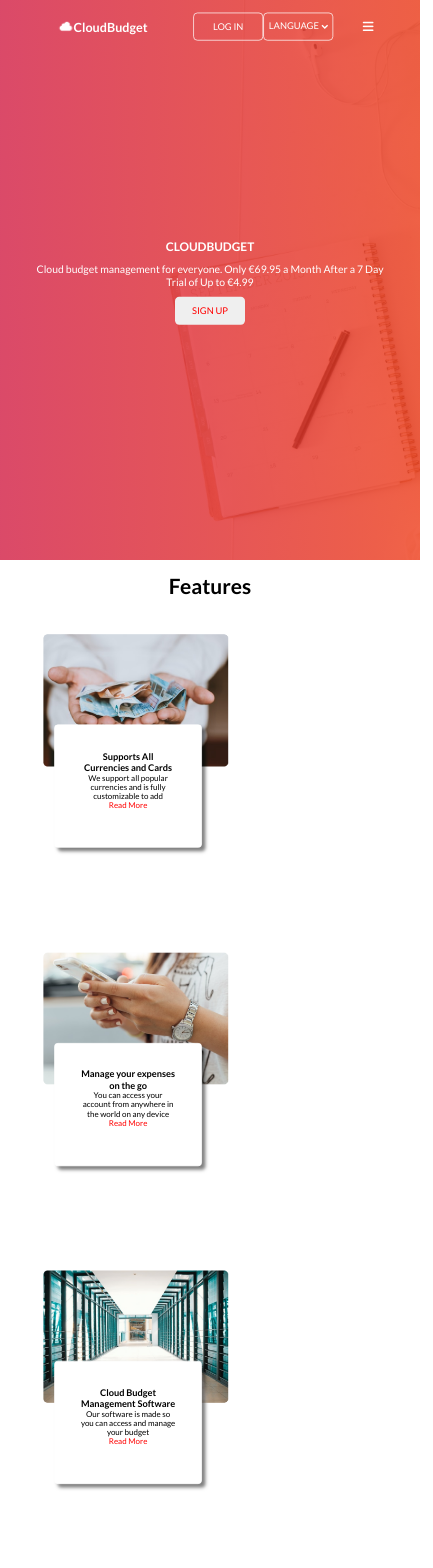
Repository: havvanurrana/website3
Page: index.html
The author's editor kept a copy of each file at every save. The page is drawn from the files as they stood at one save, then again after the next save.
The browser window is 600 px wide. The page is 618 px wide, so the pictures cover 618 px, including what lies to the right of the window. The pictures show the part of the page from y = 0 to 2240 px (the page is 3036 px tall), at 70% of full size.

Above is the page before, as saved 2024-08-17 13:57:58.

### index.html
<!DOCTYPE html>
<html lang="tr">
  <head>
    <meta charset="UTF-8" />
    <meta name="viewport" content="width=device-width, initial-scale=1.0" />
    <title>CloudBudget</title>
    <link rel="stylesheet" href="style.css" />
    <link
      rel="stylesheet"
      href="https://cdnjs.cloudflare.com/ajax/libs/font-awesome/6.5.2/css/all.min.css"
      integrity="sha512-SnH5WK+bZxgPHs44uWIX+LLJAJ9/2PkPKZ5QiAj6Ta86w+fsb2TkcmfRyVX3pBnMFcV7oQPJkl9QevSCWr3W6A=="
      crossorigin="anonymous"
      referrerpolicy="no-referrer"
    />
    <link
      href="https://fonts.googleapis.com/css2?family=Lato:wght@400;700&display=swap"
      rel="stylesheet"
    />
  </head>
  <body>
    <section class="overview-section">
        <div class="linear-gradient"></div>
        <div class="content">
            <h3>CLOUDBUDGET</h3>
            <p>
                Cloud budget management for everyone. Only €69.95 a Month After a 7
                Day Trial of Up to €4.99
            </p>
            <button>SIGN UP</button>
        </div>
    </section>
    <header class="header-menu">
        <div class="markaamblem">
            <img src="assets/cloud.png" />
            <h3>CloudBudget</h3>
        </div>
        <nav class="navbar">
            <a href="#" class="navbarsect">Overview</a>
            <a href="#" class="navbarsect">Features</a>
            <a href="#" class="navbarsect">Technology</a>
            <a href="#" class="navbarsect">Contact</a>
            <a href="#" class="navbarsect">Sign Up</a>
        </nav>
        <div class="buttons">
            <button>LOG IN</button>
            <button>
                <select id="Language " name="Language">
                    <option value="">LANGUAGE</option>
                    <option value="uk">UK</option>
                    <option value="turk">Turkish</option>
                    <option value="sp">Spanish</option>
                    <option value="fr">French</option>
                </select>
            </button>
            <div id="menu" class="toggle-menu">
                <input type="checkbox" id="switch">
                <button>
                    <label for="switch" class="fas fa-bars"></label>
                </button>

            </div>
        </div>
    </header>

    <!--features kısmı -->
    <div class="featureshead">
        <h1>Features</h1>
    </div>
    <div class="features">
        <div class="featuressection">
            <div class="img">
                <img src="../assets/money.png" />
            </div>
            <div class="featurescard">
                <div>
                    <h1>Supports All Currencies and Cards</h1>
                </div>
                <div>
                    <p>
                        We support all popular currencies and is fully customizable to add
                    </p>
                </div>
                <button>Read More</button>
            </div>
      </div>
      <div class="featuressection">
          <div>
                <div class="img">
                    <img src="../assets/hand.png" />
                </div>
                <div class="featurescard">
                    <h1>Manage your expenses on the go</h1>
                        <p>
                          You can access your account from anywhere in the world on any
                          device
                        </p>
                    <button>Read More</button>
                </div>
            </div>
      </div>
          <div class="featuressection">
              <div>
                    <div class="img">
                        <img src="../assets/building.png" />
                    </div>
                    <div class="featurescard">
                          <h1>Cloud Budget Management Software</h1>
                          <p>Our software is made so you can access and manage your budget</p>
                          <button>Read More</button>
                    </div>
              </div>
          </div>
    </div>
    <!--contact kısmı-->
    <section >
        <div class="contact">
        <div class="contact-text">
            <h1>Contact</h1>
            <br><br>
            <p>
              Questions or concerns? Just fill out the form below and our support
              team will get back to you within 24 hours
            </p>
        </div>
        <div class="input">
            <input
            type="text"
            id="username"
            name="username"
            placeholder="First Name"
            />
            <input
            type="text"
            id="username"
            name="username"
            placeholder="Last Name"
            />
            <input
            type="text"
            id="username"
            name="username"
            placeholder="Phone Number"
            />

            <select id="service" name="service">
            <option value="">Select a service</option>
            <option value="service1">Service 1</option>
            <option value="service2">Service 2</option>
            <option value="service3">Service 3</option>
            <option value="service4">Service 4</option>
            </select>
            <br><br>
            <button>Submit now</button>
        </div>
    </div>
    </section>
    <script>
            document.getElementById('menu').addEventListener('click', function() {
            const navbar = document.querySelector('.header-menu .navbar');
            navbar.classList.toggle('active');
        });
    </script>
  </body>
</html>

### style.css

/* genel*/

*{
   margin:0;
   padding: 0;
   box-sizing: border-box;
   outline: none;
   border: none;
   text-decoration: none;
   font-family: Lato;
}

html {
    font-size: 62.5%;
    overflow-x: hidden;
    scroll-behavior: smooth;
    scroll-padding-top: 9rem ;
 }
h1{
   font-size: 30px;
}
 /* header menu ve  amblem ve ilk ekran cssleri*/
button{
   cursor: pointer;
}
.markaamblem{
   display: flex;
   justify-content:space-between;
   color: white;
   cursor: pointer;
}

.header-menu{
   width: 96%;
   display: flex;
   justify-content: space-between;
   align-items: center ;
   padding: 0 7%;
   margin: 2rem 7%;
   z-index: 3;
   top: 0;
   position:absolute;
}
.header-menu .markaamblem img{
   height: 3rem;
}
.header-menu .markaamblem h3{
   font-size: 20px ;
}
.header-menu .navbar a{
   margin: 0 2rem;
   font-size: 1.6rem;
   color: rgb(0, 0, 0);
   z-index: 2;
}
  .header-menu button{
   border: 1px , solid, rgb(255, 255, 255);
   border-radius: 6px;
   color:rgb(255, 255, 255);
   width: 100px;
   height: 40px;
   gap: 0px;
   background-color: transparent;
}
 .header-menu .buttons{
   padding-left: 10px;
   display: flex;
   justify-content: flex-end;
}
#menu{
   display: none;
}
.overview-section{
   min-height: 100vh;
   display: flex;
   text-align: center;
   align-items: center;
   justify-content: center;
   background:  url(../assets/image1.png)
   no-repeat;
   background-size: cover;
}

.overview-section .content {
   max-width: 60rem;
   margin: 0.5rem;
   z-index: 2;
}

.overview-section .content h3{
   font-size: 6rem;
   margin: 0.5rem;
   color: white;
}

.overview-section .content p{
   font-size: 1.7rem;
   margin: 1.5rem;
   color: white;
}

.overview-section .content button{
   border:1px;
   width: 100px;
   height: 40px;
   border-radius: 6px;
   color: red;
}

.linear-gradient{
   min-height: 100vh;
   width: 100%;
   display: flex;
   z-index: 1;
   background: linear-gradient(90deg, rgba(213, 32, 71, 0.8) 0%, rgba(238, 61, 27, 0.8) 100%);
   position: absolute;
}

.buttons select{
   background: none;
   color: white;
}

/* features kısmı*/

/* başlık*/

.featureshead{
   text-align: center;
   justify-content: center;
   margin: 1rem;
   padding: 1rem;
}

/* Kartlar*/

.features{
   display: grid;
   grid-template-columns: repeat(auto-fit, minmax(30rem, 1fr));
   margin:3rem;
   padding: 0 7%;
}
.featurescard{
   border-radius:0.6rem;
   border: 1px, solid, rgb(255, 255, 255);
   width: 30rem;
   height: 20rem;
   text-align: center;
   justify-content: center;
   align-items: center;
   padding: 4rem;
   margin: 3rem;
   background-color: white;
   transform: translate(-5%,-50%);
   box-shadow: 5px 5px 5px rgba(0, 0, 0,0.5);
}
.featuressection{
   justify-content: center;
   align-items: center;
   margin: 1rem;
   padding: 2.5rem;
}
.features img{
   width: 100%;
   object-fit: cover;
}
.featurescard h1{
   font-size: 2rem;
}
.featurescard p{
   font-size: 1.3rem;
}
.featurescard button{
   border: none;
   background-color: transparent;
   color: red;
}

/*Contact kısmı */

.contact{
   display: flex;
   flex-direction: row;
   margin: 2rem;
   justify-content: center;
}
.contact div{
   text-align: center;
   justify-content:center;
   align-items: center;
   padding: 0 8%;
   margin: 3rem;
}
.contact h1{
   font-size: 30px;
}
.contact p{
   font-size: 16px;
}
 .contact .contact-text{
   width: 30%;
   height: 40rem;
}
input{
   width: 255px;
   height: 60px;
   border: 1px, solid, black;
   border-color: rgb(0, 0, 0);
   border-radius: 6px;
   margin: 1rem;
}
.contact select{
   width: 255px;
   height: 60px;
   border: 1px, solid, black;
   border-color: rgb(0, 0, 0);
   border-radius: 6px;
   margin: 1rem;
}
.contact button{
   width: 100px;
   height: 40px;
   border-radius: 6px;
   color: white;
   background-color: rgb(254, 78, 78);
}
.contact .input{
   width: 40%;
   height: 40rem;
   align-items: center;
   justify-content: center;
   text-align: center;
}

input{
   width: 255px;
   height: 60px;
   border: 1px, solid, black;
   border-color: rgb(0, 0, 0);
   border-radius: 6px;
   margin: 1rem;
}
.contact select{
   width: 255px;
   height: 60px;
   border: 1px, solid, black;
   border-color: rgb(0, 0, 0);
   border-radius: 6px;
}
.contact button{
   width: 100px;
   height: 40px;
   border-radius: 6px;
   color: white;
   background-color: rgb(254, 78, 78);
}


/* Toggle menu ve responsive kısım */
@media (max-width: 1000px) {
   html {
       font-size: 55%;
   }
}

@media (max-width: 1100px) {

   /* header responsive*/
   #menu {
       display: inline-block;
   }

   .header-menu .navbar {
       display: none;
       flex-direction: column;
       position: absolute;
       top: 95%;
       left: 55%;
       background-color: white;
       height: calc(100vh - 9rem);
       width: 25rem;
       right: -100%;
       transition: right 0.3s ease;
       color: black;
       justify-content: center;
       box-shadow: 0px 0px 10px 2px rgba(56, 55, 55, 0.75);
   }

   .header-menu .navbar.active {
       display: flex;
       right: 0;
   }

   .header-menu .navbar a,
      .header-menu .navbar div {
         margin: 5rem ;
      }
   .toggle-menu button {
       background: none;
       border: none;
       color: rgb(255, 255, 255);
       font-size: 2rem;
   }
   #switch {
      display: none;
  }
/* contact responsive*/
   .contact {
      flex-direction: column;
      align-items: center;
   }
   .contact .contact-text,
   .contact .input {
      width: 80%;
      margin: 1rem 0;
   }

   /* features responsive*/
   .featureshead {
      margin: 1rem;
      padding: 1rem;
  }

  .features {
      padding: 0 2rem;
  }

  .featuressection {
      padding: 1rem;
  }

  .features img {
      width: 30rem;
  }
.featurescard{
   width: 24rem;
}
  .featurescard h1 {
      font-size: 1.5rem;
  }

  .featurescard p {
      font-size: 1.3rem;
  }

  .featurescard button {
      font-size: 1.3rem;
  }
}
@media (max-width: 700px) {
.header-menu .markaamblem h3{
   font-size: 18px;
}
.header-menu .markaamblem img{
   height: 2.4rem;

}
.overview-section .content h3{
 font-size: 17px;
}
}
@media (max-width: 350px) {
   .header-menu .markaamblem h3{
      font-size: 22px;
   }
   .header-menu .markaamblem img{
      height: 2.4rem;
   }
   .overview-section .content h3{
      font-size: 20px;
     }
   }

After the next save:
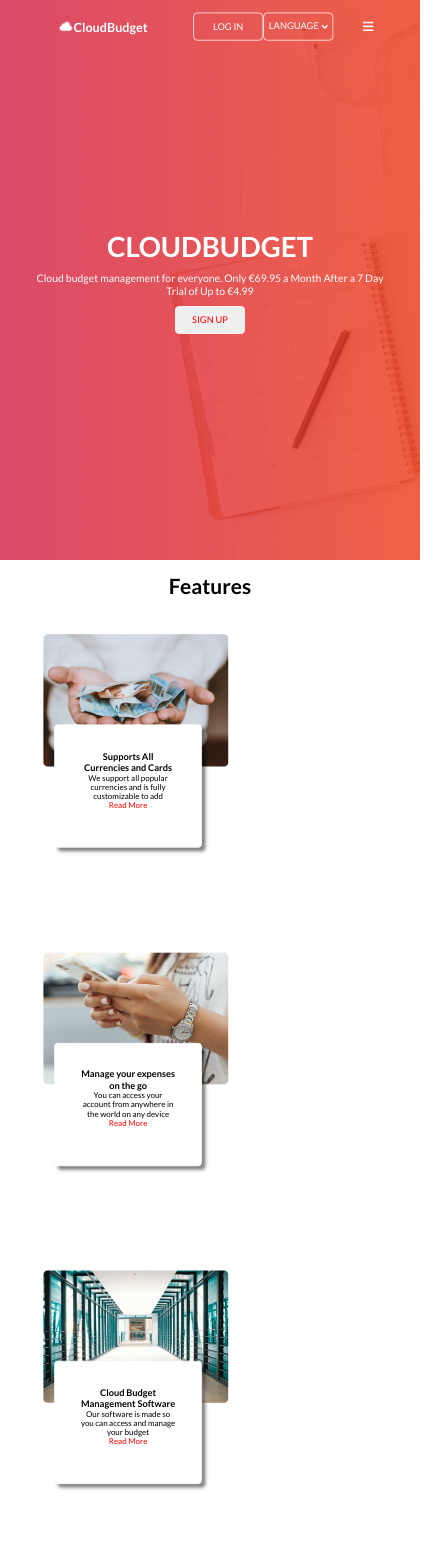
Saved 15 s later.
--- a/style.css
+++ b/style.css
@@ -357,7 +357,7 @@ input{
 
 }
 .overview-section .content h3{
- font-size: 17px;
+ font-size: 4.5rem;
 }
 }
 @media (max-width: 350px) {
